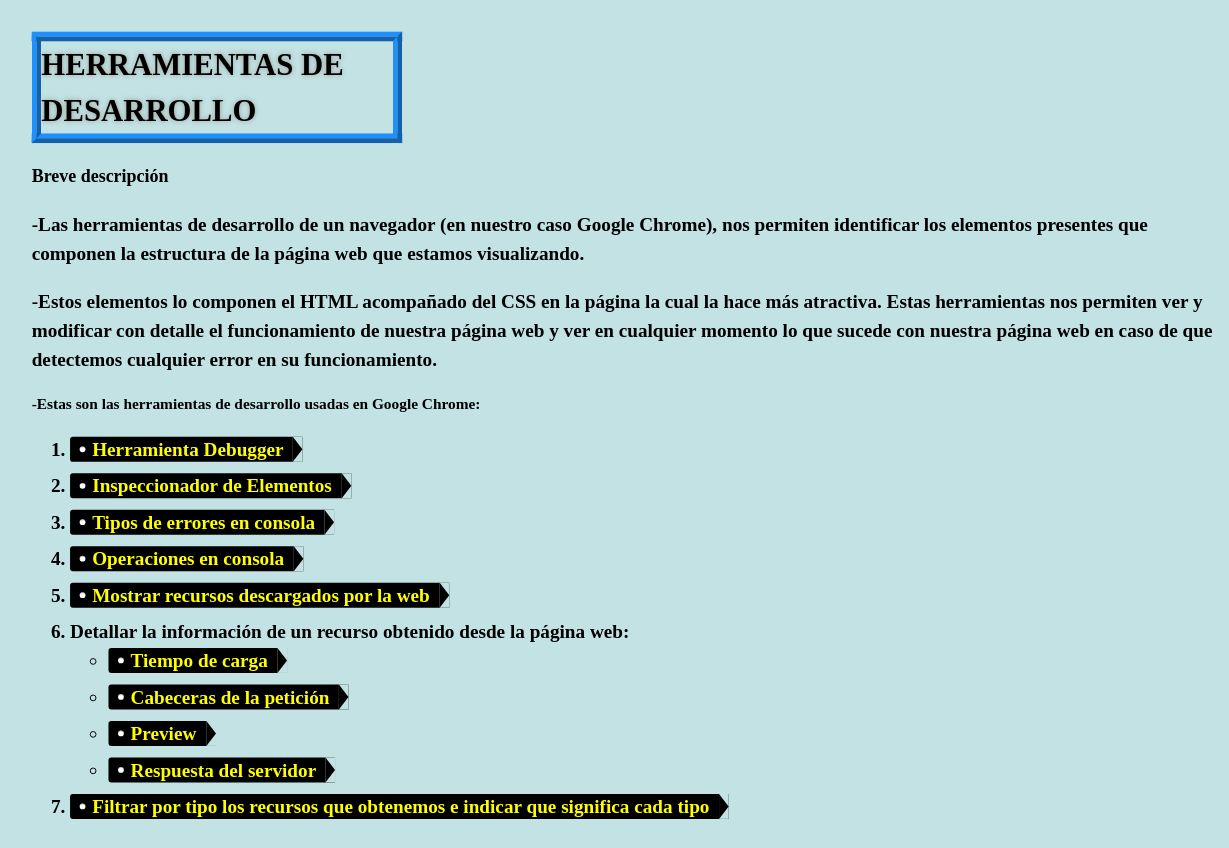
Repository: VictorinoBF97/HerramientasDesarollo
Page: indice.html
The author's editor kept a copy of each file at every save. The page is drawn from the files as they stood at one save, then again after a run of saves.
The browser window is 1280 px wide. The pictures show the whole page, at 96% of full size.

Above is the page before, as saved 2018-11-26 09:21:27.
Console error: SyntaxError: Unexpected token '{'

### indice.html
<!DOCTYPE <!DOCTYPE html>
<html>
<head>
    <meta charset="utf-8" />
    <meta http-equiv="X-UA-Compatible" content="IE=edge">
    <title>FUNCIONALIDADES HERRAMIENTAS DE DESARROLLO PARA GOOGLE CHROME</title>
    <meta name="viewport" content="width=device-width, initial-scale=1">
    <link rel="stylesheet" type="text/css" media="screen" href="./css/styles.css" />
    <script src="./javascript/fondo.js"></script>
</head>
<body>
    <div>
    <h1 class="titulo">HERRAMIENTAS DE DESARROLLO</h1>
    </div>
    <h3>Breve descripción</h3>
    <div class="contenido">
        <p>-Las herramientas de desarrollo de un navegador (en nuestro caso Google Chrome),
        nos permiten identificar los elementos presentes que componen la estructura de la
        página web que estamos visualizando.</p>
        <p>-Estos elementos lo componen el HTML acompañado
        del CSS en la página la cual la hace más atractiva. Estas herramientas nos permiten
        ver y modificar con detalle el funcionamiento de nuestra página web y ver en cualquier
        momento lo que sucede con nuestra página web en caso de que detectemos cualquier error
        en su funcionamiento.</p>
    </div>
    <div>
        -Estas son las herramientas de desarrollo usadas en Google Chrome:
    </div>

    <ol class="indice">
        <li><a href="./debugger.html" target="_self">Herramienta Debugger</a></li>

        <li><a href="./inspeccionarElemento.html" target="_self">Inspeccionador de Elementos</a></li>

        <li><a href="./tiposErrores.html" target="_self">Tipos de errores en consola</a></li>

        <li><a href="./operaciones.html" target="_self">Operaciones en consola</a></li>

        <li><a href="./mostrarRecursos.html" target="_self">Mostrar recursos descargados por la web</a></li>

        <li>Detallar la información de un recurso obtenido desde la página web:</a>
            <ul>
                <li><a href="timing.html" target="_self">Tiempo de carga</a></li>
                <li><a href="headers.html" target="_self">Cabeceras de la petición</a></li>
                <li><a href="preview.html" target="_self">Preview</a></li>
                <li><a href="response.html" target="_self">Respuesta del servidor</a></li>
            </ul>
        </li>

        <li><a href="./informacionRecursos.html" target="_self">Filtrar por tipo los recursos que obtenemos e indicar que significa cada tipo</a></li>
    </ol>


</body>
</html>

### css/styles.css
html{
    background-color: rgb(194, 226, 228);
}

.titulo{
    text-shadow: 0px 0px 5px rgb(152, 153, 147);
    border: 10px ridge #1E90FF;
    width: 29.5%;

}
body{
    font: 16px/1.5 'PT Sans', serif;
    font-weight: bold;
    overflow: hidden;
    padding-left: 25px;
    padding-top: 25px;
}

div p{
    font-size: 125%;
}

.indice{
    font-size: 125%;

}
a{
    background: rgb(0, 0, 0);
  border-radius: 3px 0 0 3px;
  color: yellow;
  display: inline-block;
  height: 26px;
  line-height: 26px;
  padding: 0 20px 0 23px;
  position: relative;
  margin: 0 10px 10px 0;
  text-decoration: none;
  -webkit-transition: color 0.2s;
}
a::before {
    background: #fff;
    border-radius: 10px;
    box-shadow: inset 0 1px rgba(0, 0, 0, 0.25);
    content: '';
    height: 6px;
    left: 10px;
    position: absolute;
    width: 6px;
    top: 10px;
  }

  a::after {
    background: rgb(194, 226, 228);
    border-bottom: 13px solid transparent;
    border-left: 10px solid black;
    border-top: 13px solid transparent;
    content: '';
    position: absolute;
    right: 0;
    top: 0;
  }

  a:hover {
    background-color: crimson;
    color: white;
  }

  a:hover::after {
     border-left-color: crimson;
  }

  /* VOLVER AL ÍNDICE */
  .volver::after{
    background:rgb(194, 226, 228);
    border-bottom: 13px solid transparent;
    border-left: 10px solid black;
    border-top: 13px solid transparent;
    content: '';
    position: absolute;
    right: 0;
    top: 0;

  }

  .volver:hover {
    background-color: crimson;
    color: white;
  }

  .volver:hover::after {
     border-right-color: crimson;
  }

### javascript/fondo.js
body {
    background: radial-gradient(black 15%, transparent 16%) 0 0, radial-gradient(black 15%, transparent 16%) 8px 8px, radial-gradient(rgba(255,255,255,.1) 15%, transparent 20%) 0 1px, radial-gradient(rgba(255,255,255,.1) 15%, transparent 20%) 8px 9px;
    background-color:#282828;
    background-size:16px 16px;

    // Background not created by me
    // Resource: http://lea.verou.me/css3patterns/#carbon-fibre
  }

After the next 4 saves:
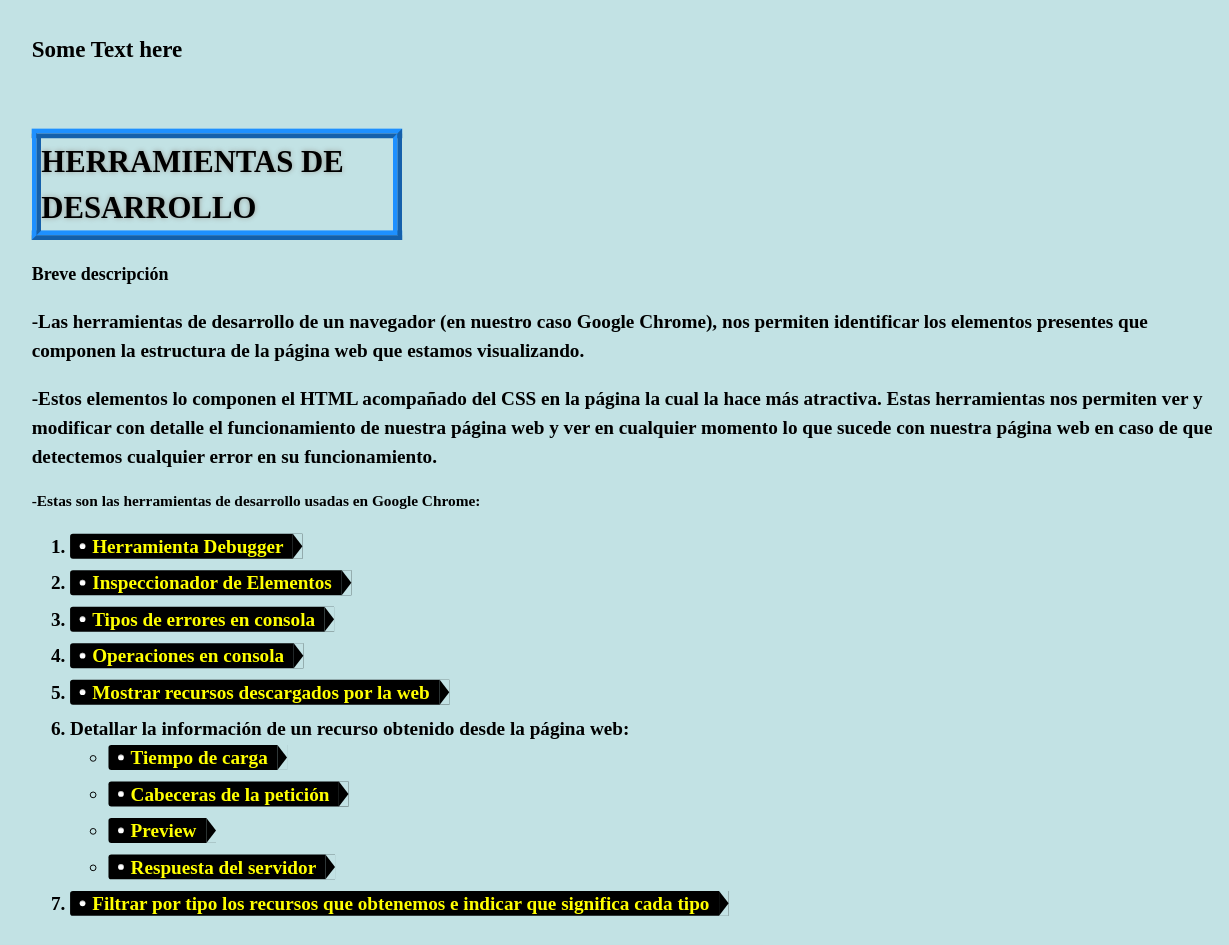
The 4 saves are shown as one change because they came seconds apart.
The last was saved 6 min 52 s later.
--- a/indice.html
+++ b/indice.html
@@ -9,6 +9,39 @@
     <script src="./javascript/fondo.js"></script>
 </head>
 <body>
+        <div id="wrap">
+
+                <section id="main">
+               <h2> Some Text here</h2>
+             </section>
+            </div>
+
+            <footer>
+              <div class="main-gradient">
+
+              </div>
+              &nbsp;
+            </footer>
+
+            <div class="dots">
+              <div class="fade-top">
+              </div>
+            </div>
+
+
+
+
+
+
+
+
+
+
+
+
+
+
+
     <div>
     <h1 class="titulo">HERRAMIENTAS DE DESARROLLO</h1>
     </div>
